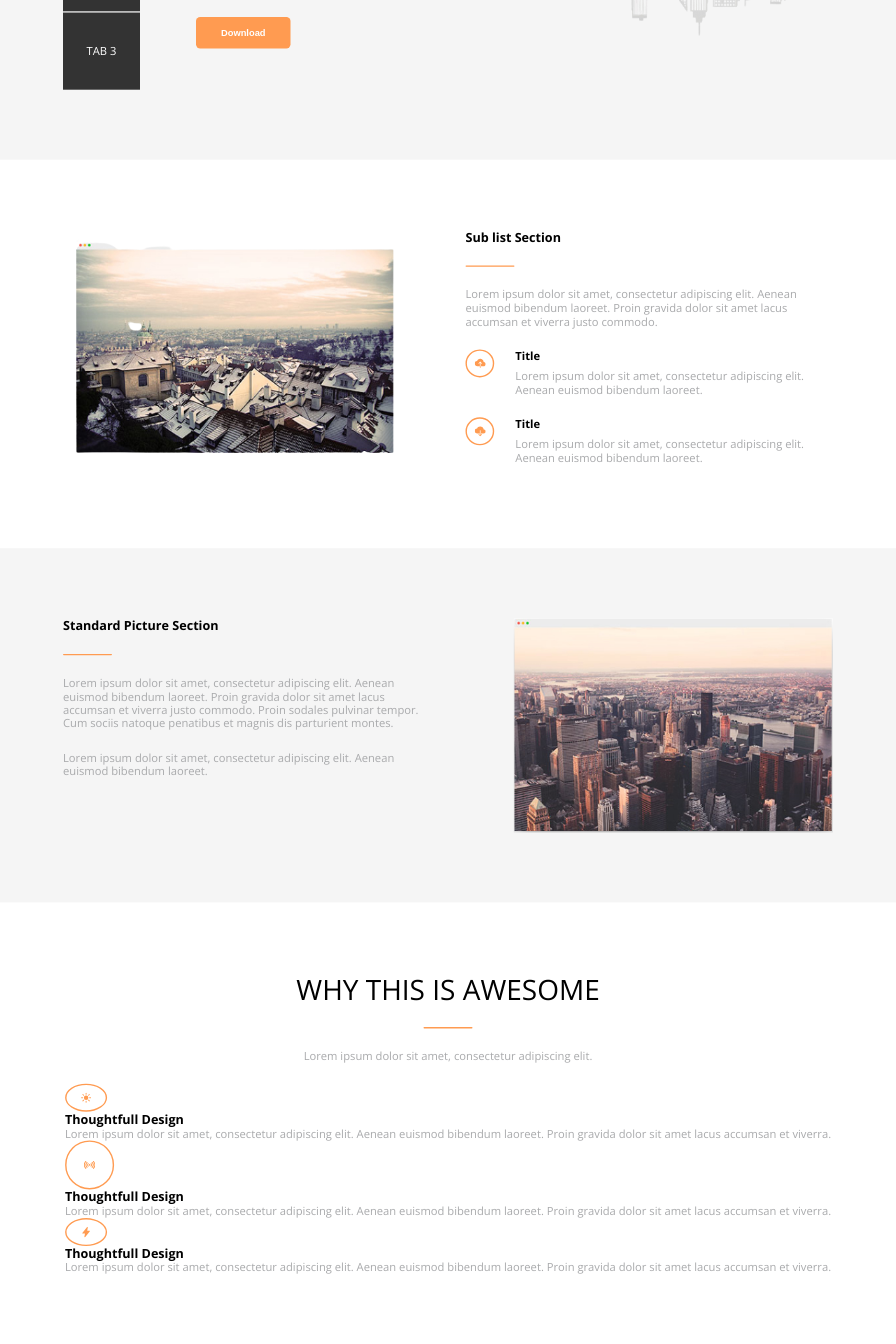
Repository: dinhtri123/axureThems
Page: index.html
An editor plug-in stored every save of this project. The page is shown before and after a run of saves, followed by the edit.
The browser window is 1280 px wide. The pictures show the part of the page from y = 953 to 2873 px (the page is 2873 px tall before and 2769 px after), at 70% of full size.

Above is the page before, as saved 2023-02-11 16:29:24.

### index.html
<!DOCTYPE html>
<html lang="en">
  <head>
    <meta charset="UTF-8" />
    <meta http-equiv="X-UA-Compatible" content="IE=edge" />
    <meta name="viewport" content="width=device-width, initial-scale=1.0" />
    <title>Axure Themes</title>
    <script
      type="module"
      src="https://unpkg.com/ionicons@5.5.2/dist/ionicons/ionicons.esm.js"
    ></script>
    <script
      nomodule
      src="https://unpkg.com/ionicons@5.5.2/dist/ionicons/ionicons.js"
    ></script>
    <link rel="stylesheet" href="style.css" />
  </head>
  <body>
    <header>
      <div class="container headerMain">
        <a href="index.html" class="logo">
          <span>AX</span>
          <span>IT</span>
        </a>
        <nav>
          <ul>
            <li><a href="#">Features</a></li>
            <li><a href="#">About</a></li>
            <li><a href="#">Pricing</a></li>
            <li><a href="#">Reviews</a></li>
            <li><a href="#">Contact</a></li>
          </ul>
        </nav>
      </div>
    </header>
    <div class="banner">
      <div class="imageBanner">
        <img src="./image/banner.jpeg" alt="" />
      </div>
      <div class="container bannerMain">
        <div class="bannerLeft">
          <a href="index.html" class="logo logoBanner">
            <span>AX</span>
            <span>IT</span>
          </a>
          <h3>MODERN AXURE TEMPLATE FOR BEAUTIFUL PROTOTYPES</h3>
          <span class="line"></span>
          <p>
            Lorem ipsum dolor sit amet, consectetur adipiscing elit. Aenean
            euismod bibendum laoreet. Proin gravida dolor sit amet lacus
            accumsan et viverra justo commodo.
          </p>
          <button class="btn">Download</button>
        </div>
        <div class="bannerRight">
          <form autocomplete="off" class="formBanner">
            <h3>Try Your <span>FREE</span> Trial Today</h3>
            <div class="inputForm">
              <input type="text" name="name" id="name" placeholder="Name" />
              <input type="email" name="email" id="email" placeholder="Email" />
              <input
                type="password"
                name="password"
                id="password"
                placeholder="Password"
              />
            </div>
            <button class="btnForm">Get Started</button>
          </form>
        </div>
      </div>
    </div>
    <main>
      <div class="mainTabs">
        <div class="container mainTabsContent">
          <div class="tabsLeft">
            <div class="tabsNumber">
              <span>TAB 1</span>
              <span>TAB 2</span>
              <span>TAB 3</span>
            </div>
            <div class="tabsContent">
              <h3>Tabs with soft transitioning effect.</h3>
              <p>
                Lorem ipsum dolor sit amet, consectetur adipiscing elit. Aenean
                euismod bibendum laoreet. Proin gravida dolor sit amet lacus
                accumsan et viverra justo commodo. Proin sodales pulvinar
                tempor. Cum sociis natoque penatibus et magnis dis parturient
                montes.
              </p>
              <p>
                Lorem ipsum dolor sit amet, consectetur adipiscing elit. Aenean
                euismod bibendum laoreet.
              </p>
              <button class="btn btnTabs">Download</button>
            </div>
          </div>
          <div class="tabsRight">
            <img src="./image/img.png" alt="" />
          </div>
        </div>
      </div>
      <div class="mainSublist">
        <div class="container sublistMain">
          <div class="subLeft">
            <img src="./image/img2.png" alt="" />
          </div>
          <div class="subRight">
            <h3>Sub list Section</h3>
            <span class="line lineSub"></span>
            <p>
              Lorem ipsum dolor sit amet, consectetur adipiscing elit. Aenean
              euismod bibendum laoreet. Proin gravida dolor sit amet lacus
              accumsan et viverra justo commodo.
            </p>
            <div class="subDesc">
              <div class="icon">
                <ion-icon name="cloud-upload"></ion-icon>
              </div>
              <div class="subDescItem">
                <h4>Title</h4>
                <p>
                  Lorem ipsum dolor sit amet, consectetur adipiscing elit.
                  Aenean euismod bibendum laoreet.
                </p>
              </div>
            </div>
            <div class="subDesc">
              <div class="icon">
                <ion-icon name="cloud-download"></ion-icon>
              </div>
              <div class="subDescItem">
                <h4>Title</h4>
                <p>
                  Lorem ipsum dolor sit amet, consectetur adipiscing elit.
                  Aenean euismod bibendum laoreet.
                </p>
              </div>
            </div>
          </div>
        </div>
      </div>
      <div class="mainSection">
        <div class="container sectionContent">
          <div class="sectionLeft">
            <h3>Standard Picture Section</h3>
            <span class="line sectionLine"></span>
            <p>
              Lorem ipsum dolor sit amet, consectetur adipiscing elit. Aenean
              euismod bibendum laoreet. Proin gravida dolor sit amet lacus
              accumsan et viverra justo commodo. Proin sodales pulvinar tempor.
              Cum sociis natoque penatibus et magnis dis parturient montes.
            </p>
            <p>
              Lorem ipsum dolor sit amet, consectetur adipiscing elit. Aenean
              euismod bibendum laoreet.
            </p>
          </div>
          <div class="sectionRight">
            <img src="./image/img4.jpg" alt="" />
          </div>
        </div>
      </div>
      <div class="mainAwesome">
        <div class="container awesomeContent">
          <h2>WHY THIS IS AWESOME</h2>
          <span class="line lineSub"></span>
          <p>Lorem ipsum dolor sit amet, consectetur adipiscing elit.</p>
          <div class="awesomeItems">
            <div class="awesomeCard">
              <div class="icon">
                <ion-icon name="sunny"></ion-icon>
              </div>
              <h3>Thoughtfull Design</h3>
              <p>
                Lorem ipsum dolor sit amet, consectetur adipiscing elit. Aenean
                euismod bibendum laoreet. Proin gravida dolor sit amet lacus
                accumsan et viverra.
              </p>
            </div>
            <div class="awesomeCard">
              <div class="icon iconAwesome">
                <ion-icon name="radio"></ion-icon>
              </div>
              <h3>Thoughtfull Design</h3>
              <p>
                Lorem ipsum dolor sit amet, consectetur adipiscing elit. Aenean
                euismod bibendum laoreet. Proin gravida dolor sit amet lacus
                accumsan et viverra.
              </p>
            </div>
            <div class="awesomeCard">
              <div class="icon">
                <ion-icon name="flash"></ion-icon>
              </div>
              <h3>Thoughtfull Design</h3>
              <p>
                Lorem ipsum dolor sit amet, consectetur adipiscing elit. Aenean
                euismod bibendum laoreet. Proin gravida dolor sit amet lacus
                accumsan et viverra.
              </p>
            </div>
          </div>
        </div>
      </div>
    </main>
  </body>
</html>

### style.css
@import url("https://fonts.googleapis.com/css2?family=Open+Sans:wght@400;500;600;700&display=swap");
* {
  margin: 0;
  padding: 0;
  box-sizing: border-box;
  scroll-behavior: smooth;
}
:root {
  --bg-black: #000;
  --bg-white: #fff;
  --bg-orange: #ff9b51;
  --bg-light: #f5f5f5;
  --bg-gray: #dfdfdf;
  --bg-text: #a9aaac;
}
body {
  font-family: "Open Sans", sans-serif;
  font-weight: 400;
  font-size: 16px;
  line-height: 1.2;
  width: 100%;
  max-height: 100vh;
  height: 100%;
  color: var(--bg-white);
}
button,
a,
input {
  cursor: pointer;
  text-decoration: none;
  border: none;
  outline: none;
}
.container {
  max-width: 1100px;
  width: 100%;
  height: 100%;
  margin: 0px auto;
}

header {
  width: 100%;
  height: 70px;
  background: var(--bg-black);
}
.headerMain {
  display: flex;
  justify-content: space-between;
  align-items: center;
}
.logo {
  display: flex;
  text-decoration: none;
  font-size: 30px;
}
.logo span:first-child {
  font-weight: 700;
  color: var(--bg-white);
}
.logo span:last-child {
  font-weight: 400;
  color: var(--bg-orange);
}
nav ul {
  display: flex;
  align-items: center;
  gap: 40px;
  list-style: none;
}
nav ul li a {
  text-decoration: none;
  color: var(--bg-white);
}

/* --------------------- */

/* --------BANNER------------ */

.banner {
  width: 100%;
  background: var(--bg-black);
  position: relative;
}
.imageBanner {
  position: absolute;
  inset: 0;
  width: 100%;
  height: 100%;
  z-index: 0;
  filter: brightness(0.5);
}
.imageBanner img {
  width: 100%;
  height: 100%;
  object-fit: cover;
}
.bannerMain {
  padding: 100px 0px;
  display: grid;
  grid-template-columns: repeat(2, 1fr);
  gap: 50px;
  z-index: 10;
  isolation: isolate;
}
.bannerLeft {
  display: flex;
  flex-direction: column;
  gap: 30px;
}
.bannerRight {
  display: flex;
  justify-content: end;
  align-items: center;
}

.logoBanner {
  font-size: 60px;
}
.bannerLeft > h3 {
  font-size: 35px;
  font-weight: 300;
}
.line {
  width: 70px;
  height: 2px;
  background-color: var(--bg-white);
  border-radius: 8px;
}

.btn {
  width: 135px;
  height: 45px;
  border: 2px solid var(--bg-white);
  display: flex;
  justify-content: center;
  align-items: center;
  font-weight: 600;
  background: transparent;
  color: var(--bg-white);
}

.formBanner {
  width: 360px;
  height: 360px;
  border-radius: 6px;
  background: var(--bg-white);
  display: flex;
  flex-direction: column;
  justify-content: space-between;
  align-items: center;
  overflow: hidden;
}
.formBanner > h3 {
  width: 100%;
  height: 55px;
  font-size: 22px;
  color: var(--bg-black);
  font-weight: 700;
  background: var(--bg-light);
  display: flex;
  justify-content: center;
  align-items: center;
}
.formBanner > h3 > span {
  color: var(--bg-orange);
  padding: 0px 10px;
}
.inputForm {
  width: 100%;
  height: 250px;
  padding: 0px 50px;
  display: flex;
  flex-direction: column;
  justify-content: center;
  gap: 20px;
}
.inputForm input {
  border: none;
  border-bottom: 2px solid var(--bg-light);
  padding: 0px 10px;
  width: 100%;
  height: 40px;
  outline: none;
}
.inputForm input::placeholder {
  color: var(--bg-gray);
}
.btnForm {
  width: 100%;
  height: 55px;
  background: var(--bg-orange);
  display: flex;
  justify-content: center;
  align-items: center;
  font-weight: 600;
  color: var(--bg-white);
  border: none;
  outline: none;
  font-size: 17px;
}
/* -------------------------- */

/* -----main------- */

.mainTabs {
  width: 100%;
  background: var(--bg-light);
}

.mainTabsContent {
  width: 100%;
  padding: 100px 0px;
  color: var(--bg-black);
  display: grid;
  grid-template-columns: 2fr 1fr;
  gap: 50px;
}
.tabsLeft {
  display: flex;
  gap: 80px;
}

.tabsNumber {
  display: flex;
  flex-direction: column;
}
.tabsNumber span {
  width: 110px;
  height: 110px;
  display: flex;
  justify-content: center;
  align-items: center;
  color: var(--bg-white);
  background: #333333;
  cursor: pointer;
}
.tabsNumber span:nth-child(2) {
  border-top: 2px solid var(--bg-light);
  border-bottom: 2px solid var(--bg-light);
}
.tabsContent {
  display: flex;
  gap: 30px;
  flex-direction: column;
}

.tabsContent p {
  color: var(--bg-text);
}
.btnTabs {
  background: var(--bg-orange);
  border: none;
  border-radius: 6px;
}
.lineSub {
  background: var(--bg-orange);
}

.sublistMain {
  width: 100%;
  padding: 100px 0px;
  display: grid;
  grid-template-columns: 1fr 1fr;
  gap: 50px;
}

.subRight {
  display: flex;
  flex-direction: column;
  gap: 30px;
  color: var(--bg-black);
}
h3 {
  font-size: 18px;
}
.subRight p {
  color: var(--bg-text);
}

.subDesc {
  display: flex;
  gap: 30px;
}
.icon {
  width: 60px;
  height: 40px;
  border: 2px solid var(--bg-orange);
  display: flex;
  justify-content: center;
  align-items: center;
  color: var(--bg-orange);
  border-radius: 50%;
}
.subDescItem {
  display: flex;
  flex-direction: column;
  gap: 10px;
}
.subDescItem > p {
  color: var(--bg-text);
}

.mainSection {
  width: 100%;
  background: var(--bg-light);
}
.sectionContent {
  width: 100%;
  padding: 100px 0px;
  display: grid;
  grid-template-columns: 1fr 1fr;
  gap: 50px;
}
.sectionLeft {
  display: flex;
  flex-direction: column;
  gap: 30px;
  color: var(--bg-black);
}
.sectionLine {
  background-color: var(--bg-orange);
}
.sectionLeft p {
  color: var(--bg-text);
}
.sectionRight {
  display: flex;
  justify-content: end;
}

.awesomeContent {
  width: 100%;
  padding: 100px 0px;
  display: flex;
  flex-direction: column;
  align-items: center;
  gap: 30px;
  color: var(--bg-black);
}
.awesomeContent h2 {
  font-size: 40px;
  font-weight: 400;
}
.awesomeContent p {
  color: var(--bg-text);
}
.iconAwesome{
    width:70px;
    height: 70px;
}
.awesomeItems{
    dislpay
}

After the next 5 saves:
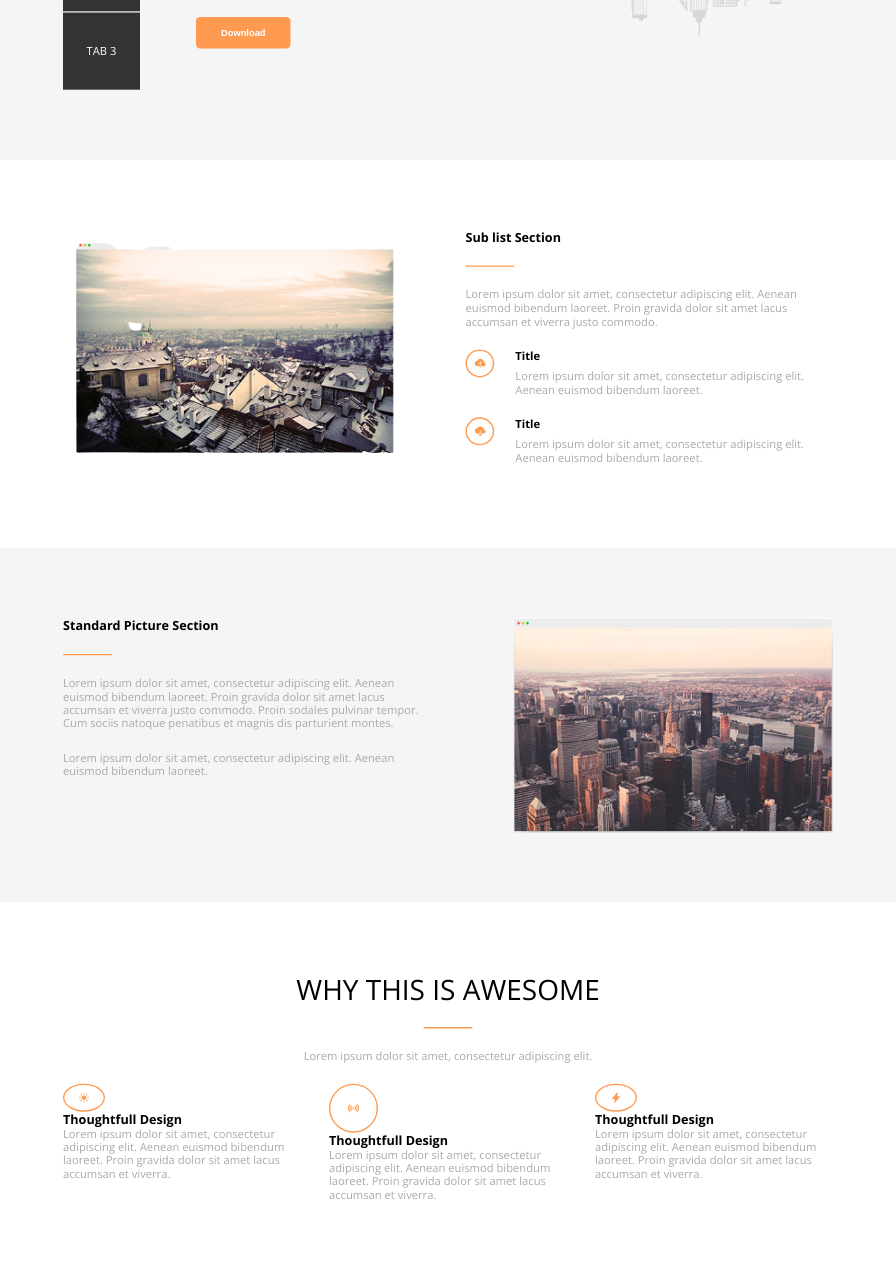
The 5 saves are shown as one change because they came seconds apart.
The last was saved 17 s later.
--- a/style.css
+++ b/style.css
@@ -349,5 +349,7 @@ h3 {
     height: 70px;
 }
 .awesomeItems{
-    dislpay
-}
+    display: grid;
+    grid-template-columns: repeat(3, 1fr);
+    gap:40px;
+}
